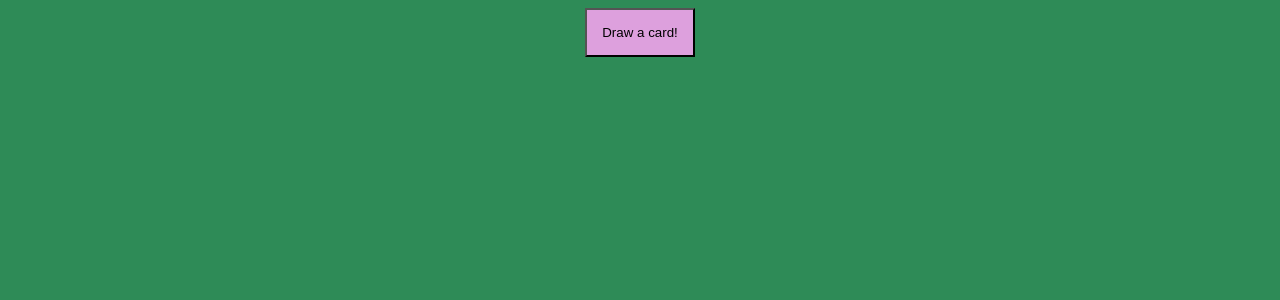
Repository: rmdayberry/JavaScript-Promises-Asychronous-Code
Page: Deck_of_Cards/Async-Await/deck_cards.html
The author's editor kept a copy of each file at every save. The page is drawn from the files as they stood at one save, then again after the next save.
The browser window is 1280 px wide. The pictures show the whole page.
The page's requests for data from a server got no answer.

Above is the page before, as saved 2024-07-01 17:03:41.
Console error (its wording comes from the project's code and is left out).

### Deck_of_Cards/Async-Await/deck_cards.html
<!DOCTYPE html>
<html lang="en">
  <head>
    <link rel="stylesheet" href="deck_cards.css" />
    <meta charset="UTF-8" />
    <meta name="viewport" content="width=device-width, initial-scale=1.0" />
    <title>Deck of Cards Async/Await</title>
  </head>
  <body>
    <button>Draw a card!</button>
    <div id="card-space"></div>
    <script
      src="https://code.jquery.com/jquery-3.3.1.js"
      integrity="sha256-2Kok7MbOyxpgUVvAk/HJ2jigOSYS2auK4Pfzbm7uH60="
      crossorigin="anonymous"
    ></script>
    <script src="deck_cards.js"></script>
  </body>
</html>

### Deck_of_Cards/Async-Await/deck_cards.css
body {
  background-color: seagreen;
  text-align: center;
}

button {
  padding: 15px;
  background-color: plum;
}

### Deck_of_Cards/Async-Await/deck_cards.js
$(function () {
  let baseURL = "https://deckofcardsapi.com/api/deck";

  // 1. Draw a single card and log the value and suit
  async function singleCard() {
    let data = await $.getJSON(`${baseURL}/new/draw/`);
    let { suit, value } = data.cards[0];
    console.log(`${value.toLowerCase()} of ${suit.toLowerCase()}`);
    $("#single-card").append(
      `<p>${value.toLowerCase()} of ${suit.toLowerCase()}</p>`
    );
  }
  singleCard();

  // 2. Draw two cards from the same deck and log the values and suits
  async function twoCards() {
    let firstCardData = await $.getJSON(`${baseURL}/new/draw/`);
    let deckId = firstCardData.deck_id;
    let secondCardData = await $.getJSON(`${baseURL}/${deckId}/draw/`);
    [firstCardData, secondCardData].forEach((cardData) => {
      let { suit, value } = cardData.cards[0];
      console.log(`${value.toLowerCase()} of ${suit.toLowerCase()}`);
      $("#two-cards").append(
        `<p>${value.toLowerCase()} of ${suit.toLowerCase()}</p>`
      );
    });
  }
  twoCards();

  // 3. Draw cards from a deck until no cards are left
  async function allTheWay() {
    let $btn = $("#draw-card");
    let $cardArea = $("#card-space");

    let deckData = await $.getJSON(`${baseURL}/new/shuffle/`);
    $btn.show().on("click", async function () {
      let cardData = await $.getJSON(`${baseURL}/${deckData.deck_id}/draw/`);
      let cardSrc = cardData.cards[0].image;
      let angle = Math.random() * 90 - 45;
      let randomX = Math.random() * 40 - 20;
      let randomY = Math.random() * 40 - 20;
      $cardArea.append(
        $("<img>", {
          src: cardSrc,
          css: {
            transform: `translate(${randomX}px, ${randomY}px) rotate(${angle}deg)`,
          },
        })
      );
      if (cardData.remaining === 0) $btn.remove();
    });
  }
  allTheWay();
});

After the next save:
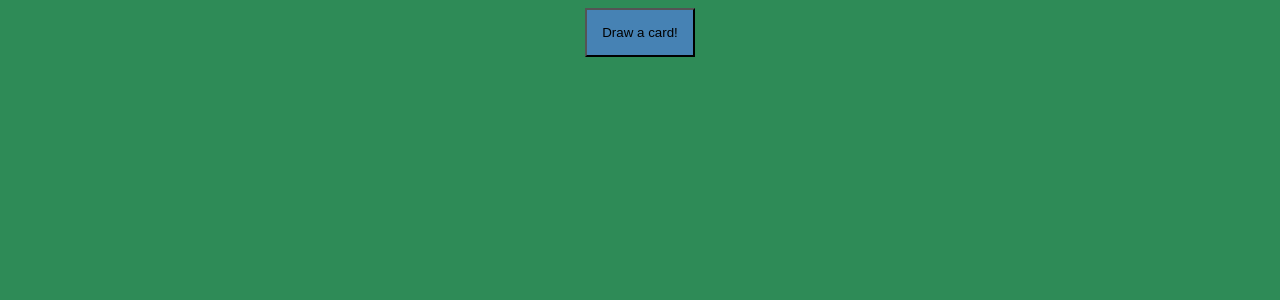
Saved 13 s later.
--- a/Deck_of_Cards/Async-Await/deck_cards.css
+++ b/Deck_of_Cards/Async-Await/deck_cards.css
@@ -5,5 +5,5 @@ body {
 
 button {
   padding: 15px;
-  background-color: plum;
+  background-color: steelblue;
 }
